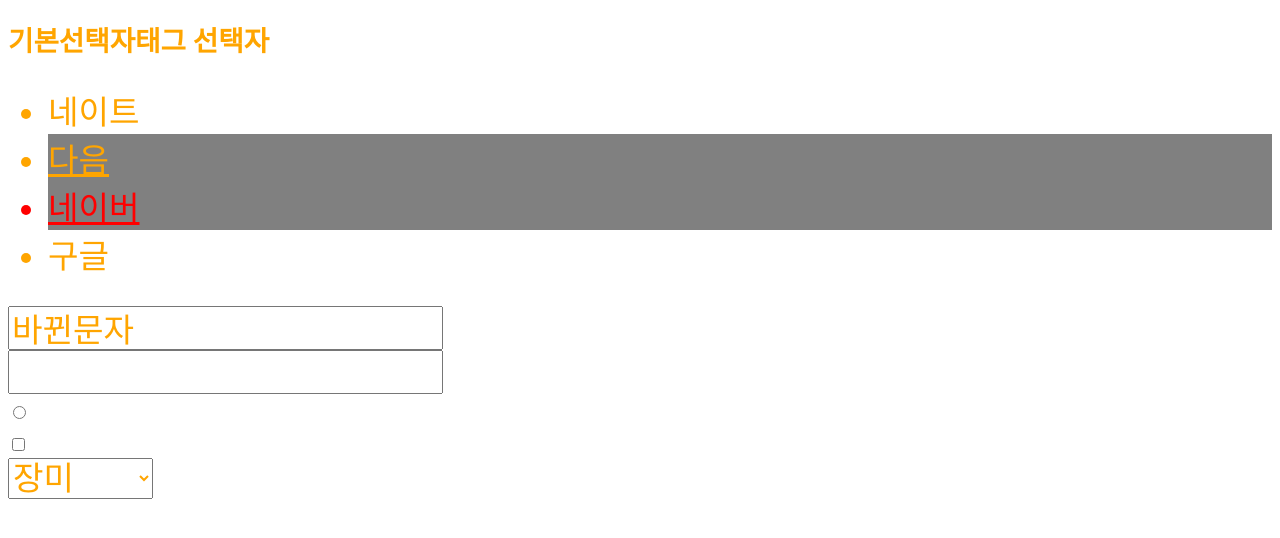
Repository: KangSuA/JSP
Page: webApp/src/main/webapp/jquery/jq03_select.html
These files come from the project's save history. The page is drawn as it stood at one moment and after the next save; the edit follows.
The browser window is 1280 px wide. The pictures show the whole page.

Above is the page before, as saved 2023-02-14 05:16:22.

### webApp/src/main/webapp/jquery/jq03_select.html
<!DOCTYPE html>
<html>
<head>
<meta charset="UTF-8">
<title>Insert title here</title>
<script src="https://cdnjs.cloudflare.com/ajax/libs/jquery/3.6.3/jquery.min.js" ></script>
<script>
	//document.getElementById('site').style.fontsize='2em';
	$(function(){
		// * : 전체 선택자
		$('*').css('color','orange').css('font-size','1.2em');
		// 태그 선택자
		$('h1').append('태그 선택자');
		$('li.addr').css('text-decoration','underline');
		$('#site>li.sub').css('color','red');
		$('body li.addr').css('background-color','gray');

		//속성선택자 - val() : 컴포넌트의 값을 처리
		console.log($('input[type=text]').val());
		console.log($('li.addr').css('text-decoration'));
		$('input[type=text]').val("바뀐문자");

		var txt = $('flower>option:selected').val();
		console.log('txt=',txt);
	});
</script>
<style>
	#site{
		/*font-size:2em;*/
	}
</style>
</head>
<body>
<h1>기본선택자</h1>
<ul id="site">
	<li>네이트</li>
	<li class="addr">다음</li>
	<li class="addr sub">네이버</li>
	<li>구글</li>
</ul>

<div id="f">
	<input type="text" value="속성선택자"/><br/>
	<input type="password"/><br/>
	<input type="radio"/><br/>
	<input type="checkbox"/><br/>
	<select id="flower">
		<option>장미</option>
		<option>해바라기</option>
		<option>코스모스</option>
		<option>히야신스</option>
	</select>
</div>
</body>
</html>

After the next save:
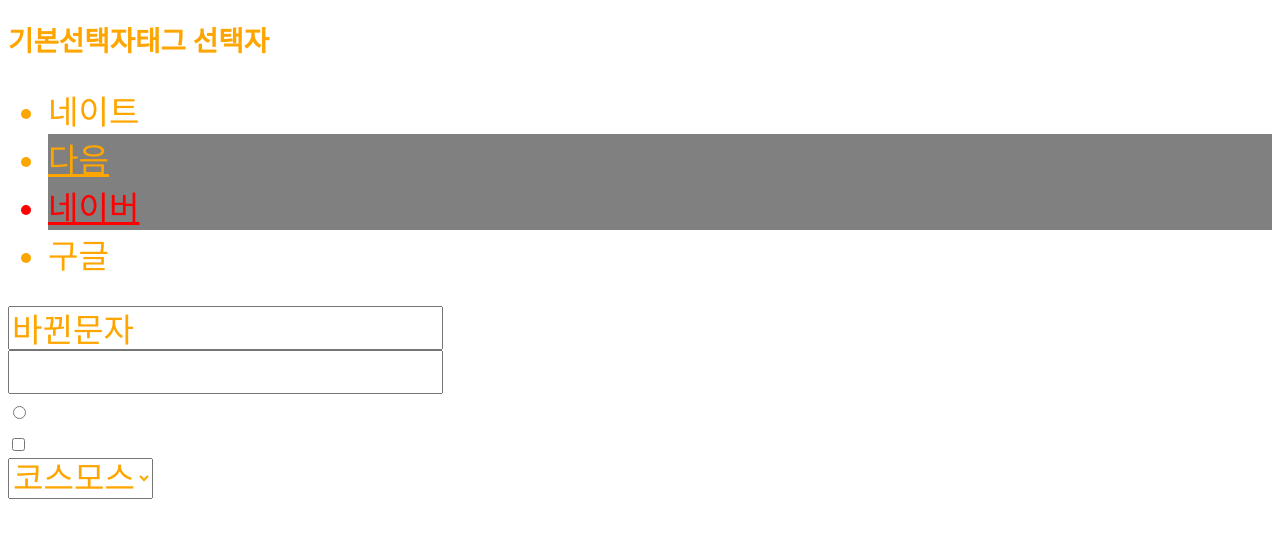
Saved 48 s later.
--- a/webApp/src/main/webapp/jquery/jq03_select.html
+++ b/webApp/src/main/webapp/jquery/jq03_select.html
@@ -47,7 +47,7 @@
 	<select id="flower">
 		<option>장미</option>
 		<option>해바라기</option>
-		<option>코스모스</option>
+		<option selected>코스모스</option>
 		<option>히야신스</option>
 	</select>
 </div>
